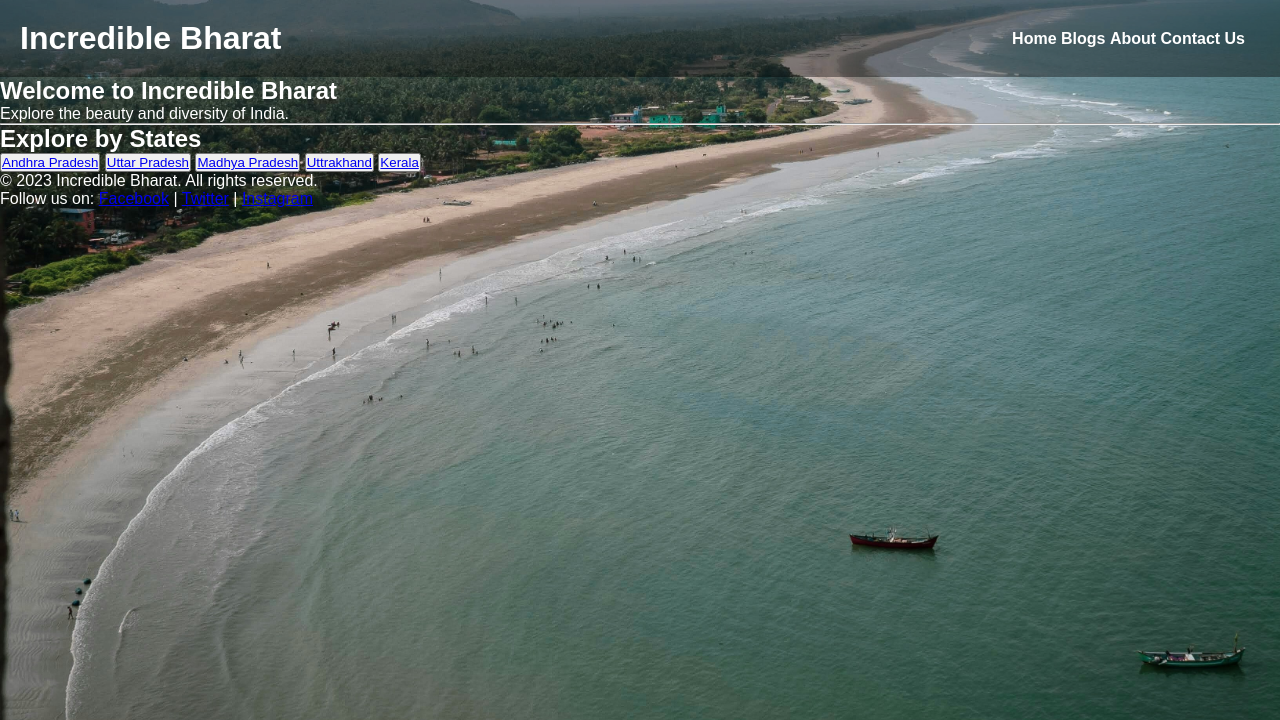
Repository: jaidhiman111/incrediblebharat
Page: index.html
An editor plug-in stored every save of this project. The page is shown before and after the next save, followed by the edit.
The browser window is 1280 px wide. The pictures show the whole page.

Above is the page before, as saved 2025-04-30 21:53:11.

### index.html
<!DOCTYPE html>
<html lang="en">
<head>
    <meta charset="UTF-8">
    <link rel="stylesheet" href="/assets/style.css">
    <meta name="viewport" content="width=device-width, initial-scale=1.0">
    <title>Document</title>
</head>
<body>
    <!-- This is the header of the page. -->
    <header class="header">
        <div class="logo">
            <h1>Incredible Bharat</h1>
        </div>
        <div class="nav">
            <nav>
                <ul>
                    <li>
                        <a href="#">Home</a>
                        <a href="#">Blogs</a>
                        <a href="#">About</a>
                        <a href="#">Contact Us</a>
                    </li>
                </ul>
            </nav>
        </div>
    </header>
    <!-- This is the main content of the page. -->
     <main class="main-container">
        <section class="hero-section">
            <h2>Welcome to Incredible Bharat</h2>
            <p>Explore the beauty and diversity of India.</p>
        </section>
        <hr>
        <section class="state-section">
            <h2>Explore by States</h2>
            <button type="button"><a href="#">Andhra Pradesh</a></button>
            <button type="button"><a href="#">Uttar Pradesh</a></button>
            <button type="button"><a href="#">Madhya Pradesh</a></button>
            <button type="button"><a href="#">Uttrakhand</a></button>
            <button type="button"><a href="#">Kerala</a></button>
        </section>
     </main>
     <!-- This is the footer of the page. -->
      <footer class="footer">
        <div>
            <p>&copy; 2023 Incredible Bharat. All rights reserved.</p>
            <p>Follow us on:
                <a href="#">Facebook</a> |
                <a href="#">Twitter</a> |
                <a href="#">Instagram</a>
        </div>
      </footer>
</body>
</html>

### assets/style.css
* {
    box-sizing: border-box;
    margin: 0;
    padding: 0;
}

body {
    font-family: Arial, sans-serif;
    background-image: url('/media/bg-cover.jpg');
    background-size: cover;
    background-repeat: no-repeat;
    background-position: center;
    color: #fff;
}

.header {
    background-color: rgba(0, 0, 0, 0.4);
    display: flex;
    justify-content: space-between;
    align-items: center;
    padding: 20px;
    text-align: center;
}

li {
    list-style: none;
    display: inline-block;
    margin: 0 15px;
}

li a {
    text-decoration: none;
    color: #fff;
    font-weight: bold;
}

After the next save:
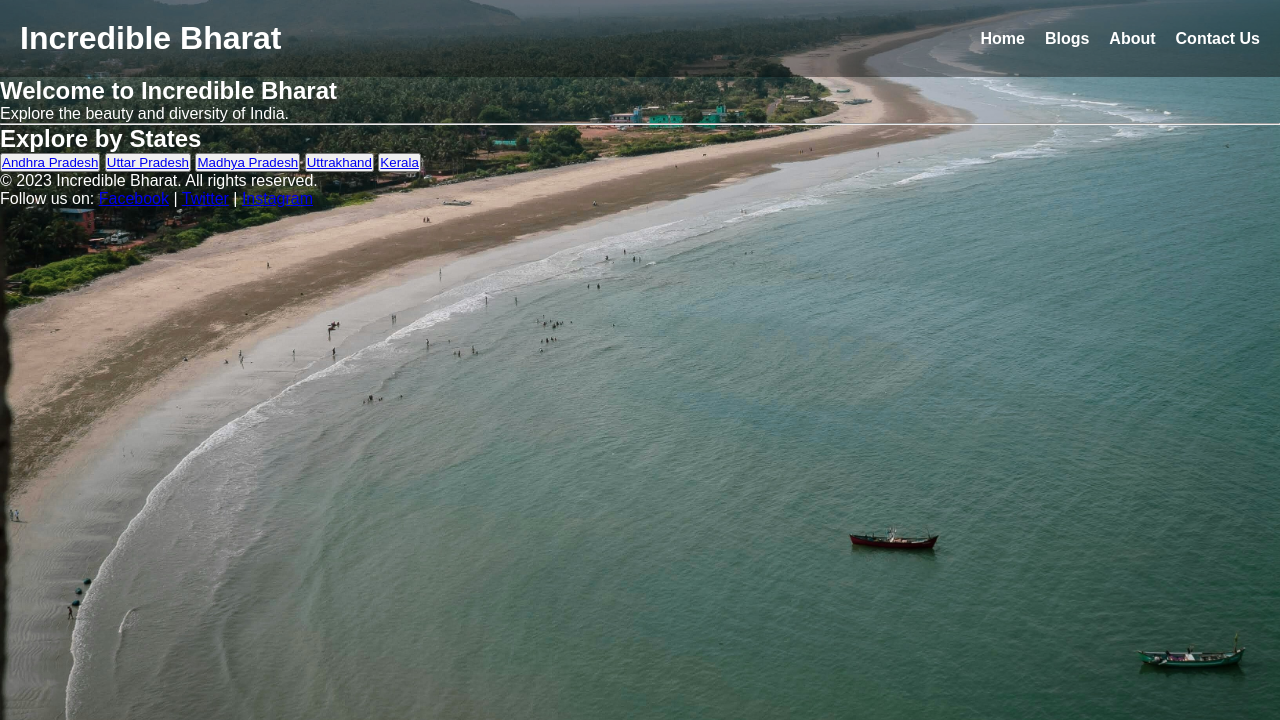
Saved 65 s later.
--- a/assets/style.css
+++ b/assets/style.css
@@ -24,8 +24,8 @@ body {
 
 li {
     list-style: none;
-    display: inline-block;
-    margin: 0 15px;
+    display: flex;
+    gap: 20px;
 }
 
 li a {
